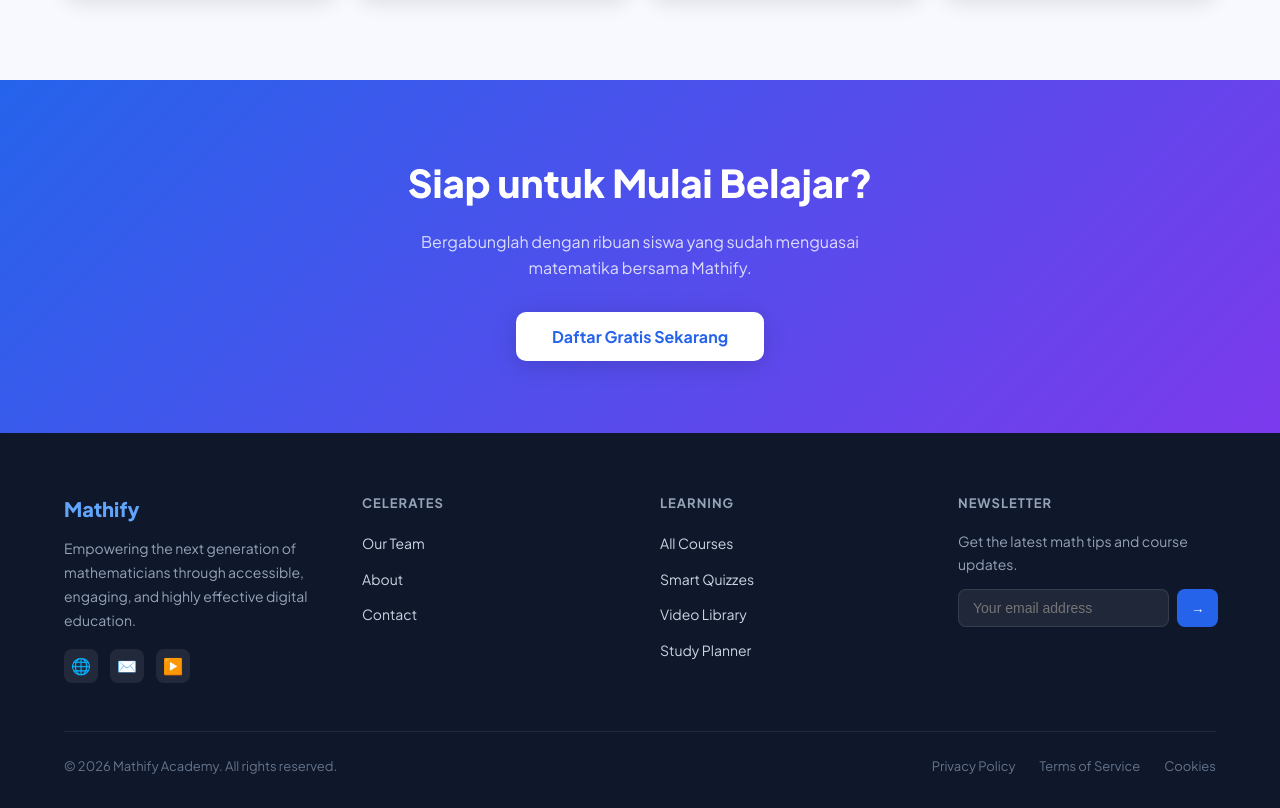
Repository: AdityaRevangga/Mathify
Page: / (app in frontend/)
An editor plug-in stored every save of this project. The page is shown before and after the next save, followed by the edit.
The browser window is 1280 px wide. The pictures show the part of the page from y = 1850 to 2658 px (the page is 2658 px tall before and 2648 px after).
The page's requests for data from a server got no answer. The project was rebuilt for these pictures with package versions that can differ from the ones it lists, and the page was loaded fresh each time. No one was signed in, and anything a server would have sent is missing. Also part of the build but not shown: frontend/vite.config.js, frontend/src/index.css, frontend/src/hooks/useAuth.js, frontend/src/router/ProtectedRoute.jsx, frontend/src/components/Sidebar.jsx, frontend/src/components/Topbar.jsx, frontend/src/layouts/DashboardLayout.jsx, frontend/src/layouts/AuthLayout.jsx and 14 more.

Above is the page before, as saved 2026-06-02 15:14:55.

After the next save:
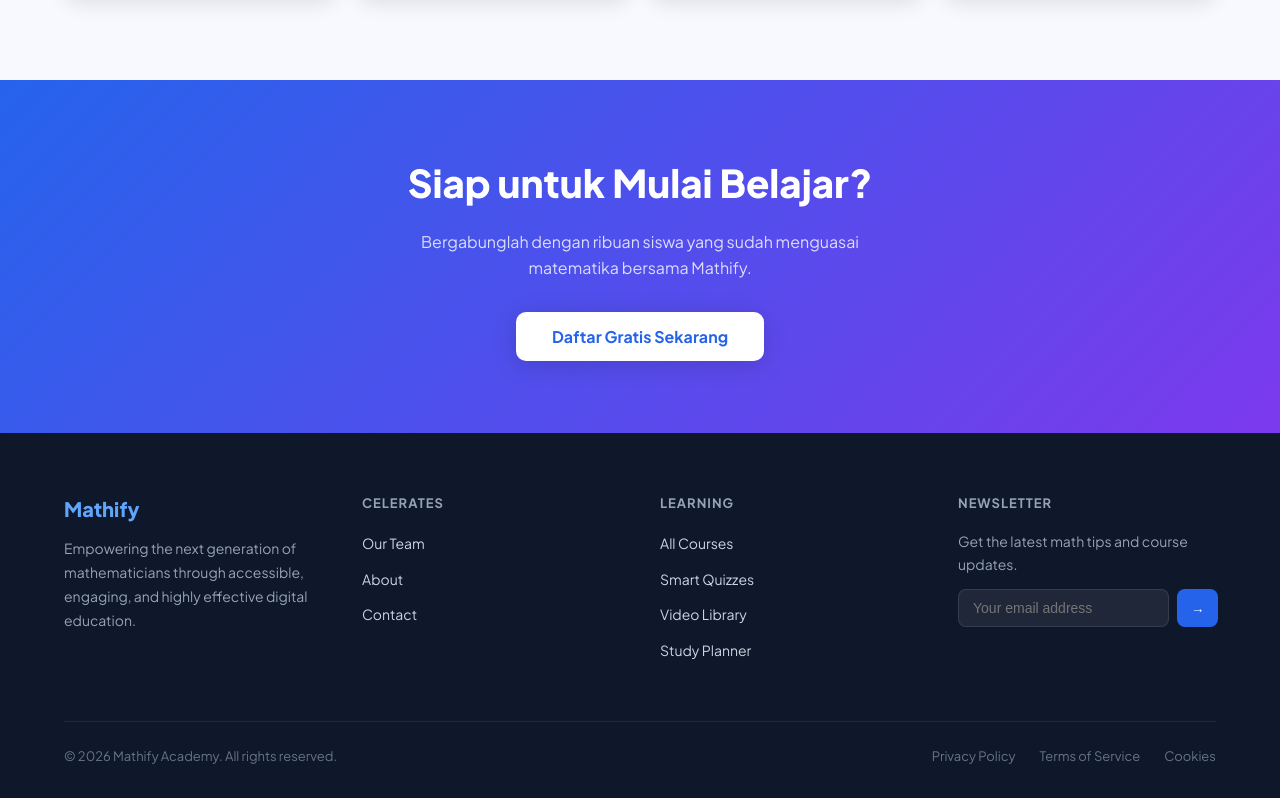
Saved 115 s later.
--- a/frontend/src/pages/LandingPage.jsx
+++ b/frontend/src/pages/LandingPage.jsx
@@ -317,16 +317,6 @@
               <p style={{ color: '#94A3B8', fontSize: 14, lineHeight: 1.7 }}>
                 Empowering the next generation of mathematicians through accessible, engaging, and highly effective digital education.
               </p>
-              <div style={{ display: 'flex', gap: 12, marginTop: 16 }}>
-                {['🌐', '✉️', '▶️'].map((icon, i) => (
-                  <div key={i} style={{
-                    width: 34, height: 34, borderRadius: 8,
-                    background: 'rgba(255,255,255,0.08)',
-                    display: 'flex', alignItems: 'center', justifyContent: 'center',
-                    fontSize: 16, cursor: 'pointer',
-                  }}>{icon}</div>
-                ))}
-              </div>
             </div>
             <div>
               <h4 style={{ fontWeight: 700, fontSize: 13, textTransform: 'uppercase', letterSpacing: 1, color: '#94A3B8', marginBottom: 16 }}>Celerates</h4>
